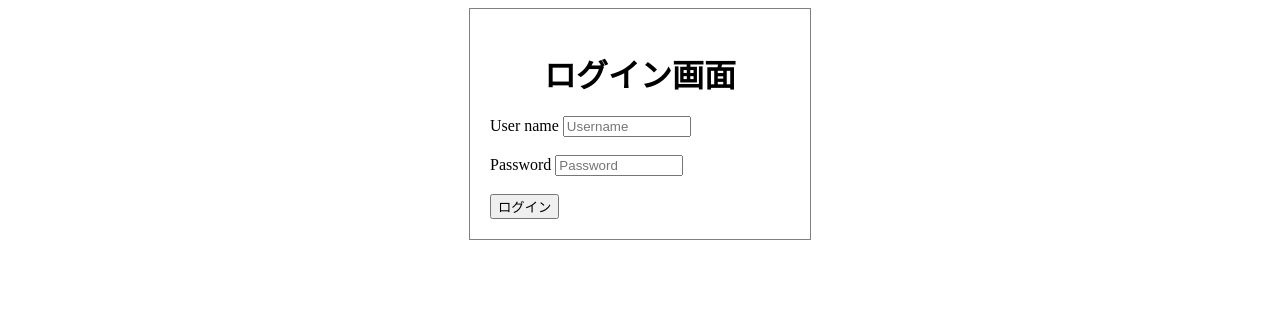
Repository: Jutta197/frontend726
Page: css_ex/login/login.html
The author's editor kept a copy of each file at every save. The page is drawn from the files as they stood at one save, then again after the next save.
The browser window is 1280 px wide. The pictures show the whole page.

Above is the page before, as saved 2023-07-31 09:44:09.

After the next save:
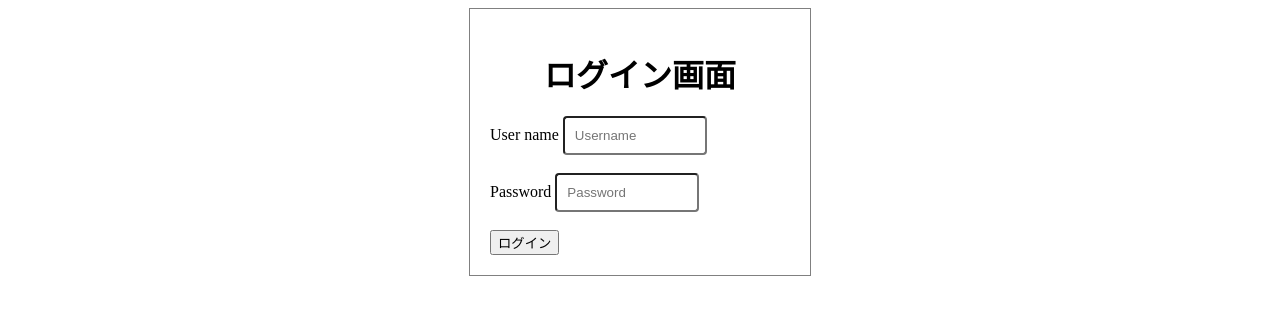
Saved 35 s later.
--- a/css_ex/login/style.css
+++ b/css_ex/login/style.css
@@ -13,6 +13,8 @@ h1 {
 #username,
 #password {
     width: 120px;
+    padding: 10px;
+    border-radius: 4px;
 }
 
 .submit-button {}
